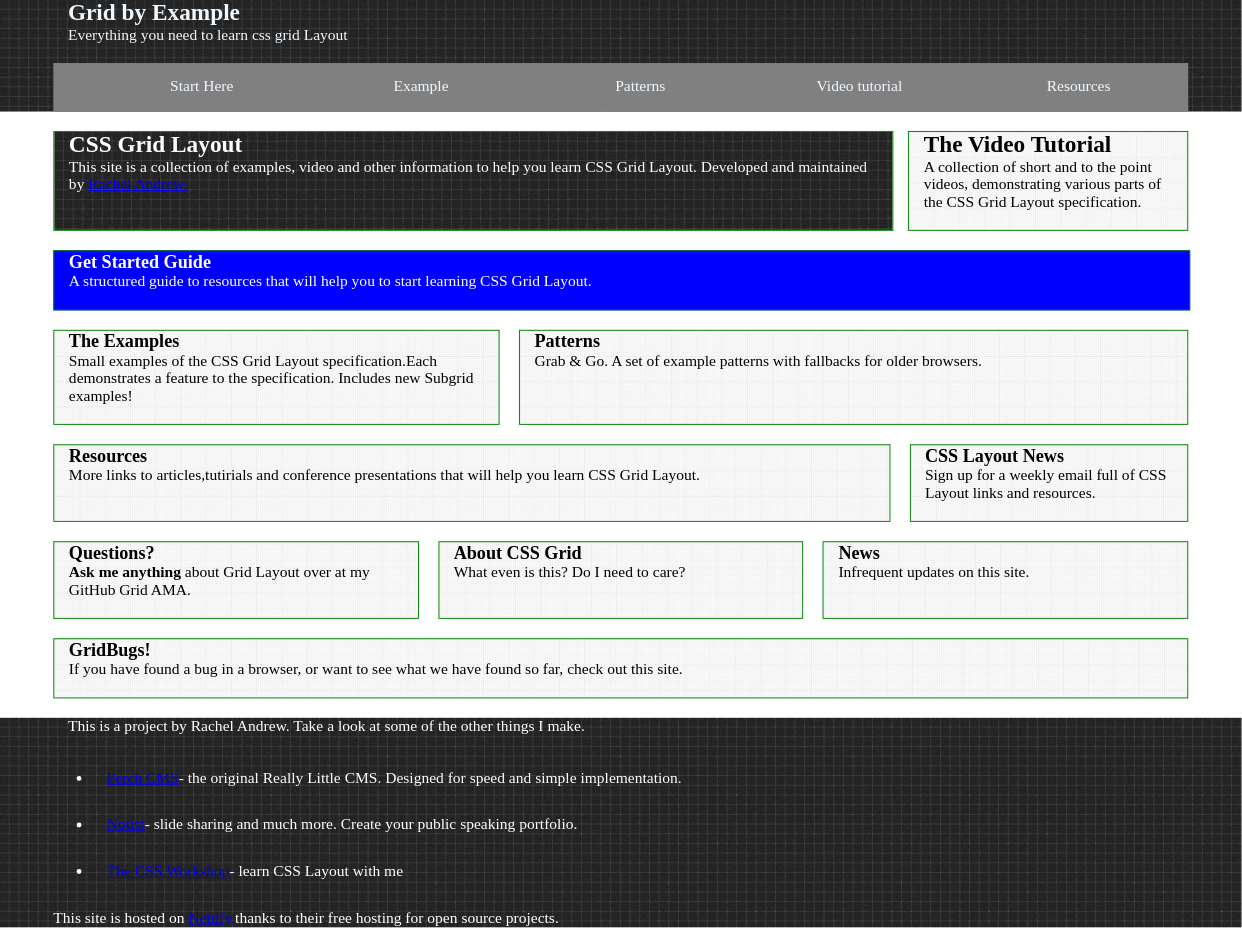
Repository: sitikhusushan/grid
Page: index.html
These files come from the project's save history. The page is drawn as it stood at one moment and after the next save; the edit follows.
The browser window is 1280 px wide. The pictures show the whole page, at 97% of full size.

Above is the page before, as saved 2020-05-12 23:41:56.

### index.html
<!DOCTYPE html>
<html lang="en">
  <head>
    <meta charset="UTF-8" />
    <meta name="viewport" content="width=device-width, initial-scale=1.0" />
    <title>Grid View</title>
    <link rel="stylesheet" href="style.css" />
  </head>
  <body>
    <div class="header">
      <div class="container">
        <h2>Grid by Example</h2>
        <p>Everything you need to learn css grid Layout</p>
        <ul>
          <li>Start Here</li>
          <li>Example</li>
          <li>Patterns</li>
          <li>Video tutorial</li>
          <li>Resources</li>
        </ul>
      </div>
    </div>
    <div class="layout">
      <div class="container">
        <div class="layouts">
        <div class="left">
          <h2>CSS Grid Layout</h2>
          <p>
            This site is a collection of examples, video and other information
            to help you learn CSS Grid Layout. Developed and maintained by
            <a href="#">Rachel Andrew.</a>
          </p>
        </div>
        <div class="right">
          <h2>The Video Tutorial</h2>
          <p>
            A collection of short and to the point videos, demonstrating various
            parts of the CSS Grid Layout specification.
          </p>
        </div>
      </div>
    </div>
    </div>
    <div class="guide ">
      <div class="container">
        <div class="guides">
        <h3>Get Started Guide</h3>
        <p>
          A structured guide to resources that will help you to start learning
          CSS Grid Layout.
        </p>
      </div>
      </div>
    </div>
    <div class="new">
      <div class="container">
        <div class="news">
        <div class="left">
          <h3>The Examples</h3>
          <p>
            Small examples of the CSS Grid Layout specification.Each
            demonstrates a feature to the specification. Includes new Subgrid
            examples!
          </p>
        </div>
        <div class="right">
          <h3>Patterns</h3>
          <p>
            Grab & Go. A set of example patterns with fallbacks for older
            browsers.
          </p>
        </div>
      </div>
    </div>
    </div>
    <div class="resources">
      <div class="container">
        <div class="rs">
        <div class="left">
          <h3>Resources</h3>
          <p>
            More links to articles,tutirials and conference presentations that
            will help you learn CSS Grid Layout.
          </p>
        </div>
        <div class="right">
          <h3>CSS Layout News</h3>
          <p>
            Sign up for a weekly email full of CSS Layout links and resources.
          </p>
        </div>
      </div>
    </div>
    </div>
    <div class="question">
      <div class="container">
        <div class="qs">
        <div class="left">
          <h3>Questions?</h3>
          <p>
            <b>Ask me anything</b> about Grid Layout over at my GitHub Grid AMA.
          </p>
        </div>
        <div class="middle">
          <h3>About CSS Grid</h3>
          <p>What even is this? Do I need to care?</p>
        </div>
        <div class="right">
          <h3>News</h3>
          <p>Infrequent updates on this site.</p>
        </div>
      </div>
      </div>
    </div>
    <div class="bugs">
      <div class="container">
        <div class="bug">
        <h3>GridBugs!</h3>
        <p>
          If you have found a bug in a browser, or want to see what we have
          found so far, check out this site.
        </p>
      </div>
    </div>
    </div>
  <footer>
    <div class="foo">
      <div class="container">
      <p>This is a project by Rachel Andrew. Take a look at some of the other things I make.
        <ul>
          <li><a href="#">Perch CMS</a>- the original Really Little CMS. Designed for speed and simple implementation.</li>
          <li><a href="#">Notist</a>- slide sharing and much more. Create your public speaking portfolio.</li>
          <li><a href="#">The CSS Workshop</a>- learn CSS Layout with me</li>
        </ul>
        This site is hosted on <a href="#">Netilfy,</a>thanks to their free hosting for open source projects.
      </p>
      </div>
    </div>
  </footer>
  </body>
</html>

### style.css
body {
  padding: 0px;
  margin: 0px;
}

.container {
  width: 1170px;
  margin-left: auto;
  margin-right: auto;
  max-width: 100%;
  padding-left: 15px;
  padding-right: 15px;
}

/* * {
  -webkit-box-sizing: border-box;
  -moz-box-sizing: border-box;
  box-sizing: border-box;
} */

.header {
  background-image: url("image/inflicted.png");
  color: aliceblue;
}

.header ul {
  background-color: grey;
}

.header ul {
  list-style: none;
  display: grid;
  grid-template-columns: repeat(5, 1fr);
  grid-auto-rows: 50px;
  margin-bottom: auto;
  text-align: center;
}
li {
  padding: 15px;
}

li:hover {
  background-color: black;
}

.layout .left {
  background-image: url("image/inflicted.png");
  color: #ffffff;
}

.right {
  background-image: url("image/tiny_grid.png");
}

.guides {
  width: 100%;
  background-color: blue;
  color: #ffffff;
  border: solid 1px green;
}

.left {
  background-image: url("image/tiny_grid.png");
}

.middle {
  background-image: url("image/tiny_grid.png");
}

.bug {
  background-image: url("image/tiny_grid.png");
  margin-bottom: 20px;
  border: solid 1px green;
}

footer {
  background-image: url("image/inflicted.png");
  color: #ffffff;
}

.layouts {
  display: grid;
  grid-template-columns: 3fr 1fr;
  grid-gap: 15px;
  margin-top: 20px;
  margin-bottom: 20px;
}

.layouts > div,
.news > div,
.rs > div,
.qs > div {
  border: solid 1px green;
}

.news {
  display: grid;
  grid-template-columns: 2fr 3fr;
  grid-gap: 20px;
  margin-top: 20px;
  margin-bottom: 20px;
}

.rs {
  display: grid;
  grid-template-columns: 3fr 1fr;
  grid-gap: 20px;
}

.qs {
  display: grid;
  grid-template-columns: 1fr 1fr 1fr;
  grid-gap: 20px;
  margin-top: 20px;
  margin-bottom: 20px;
}

h3,
p,
h2 {
  margin: 0px;
  padding-left: 15px;
  padding-right: 15px;
}

p {
  margin-bottom: 20px;
}

After the next save:
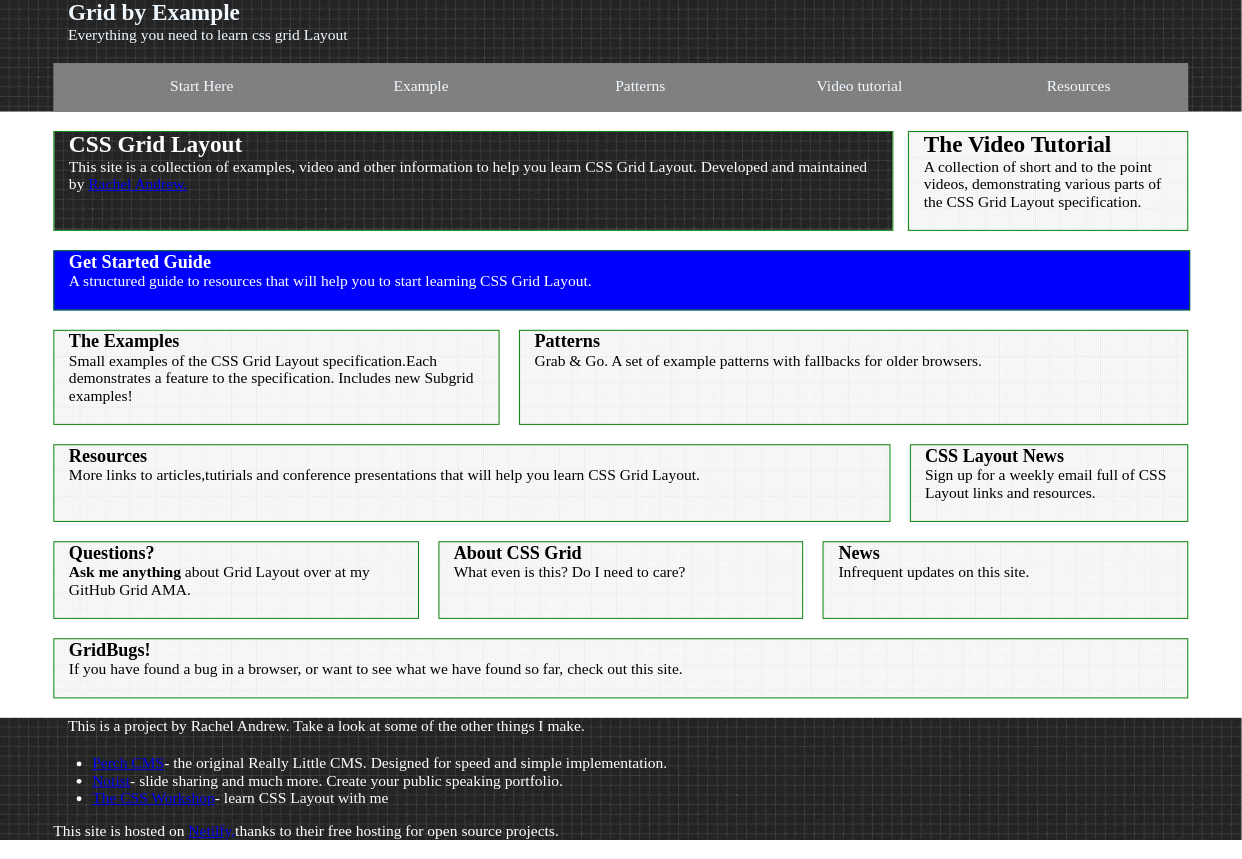
Saved 4 min 21 s later.
--- a/style.css
+++ b/style.css
@@ -35,11 +35,11 @@ body {
   margin-bottom: auto;
   text-align: center;
 }
-li {
+.header li {
   padding: 15px;
 }
 
-li:hover {
+.header li:hover {
   background-color: black;
 }
 
